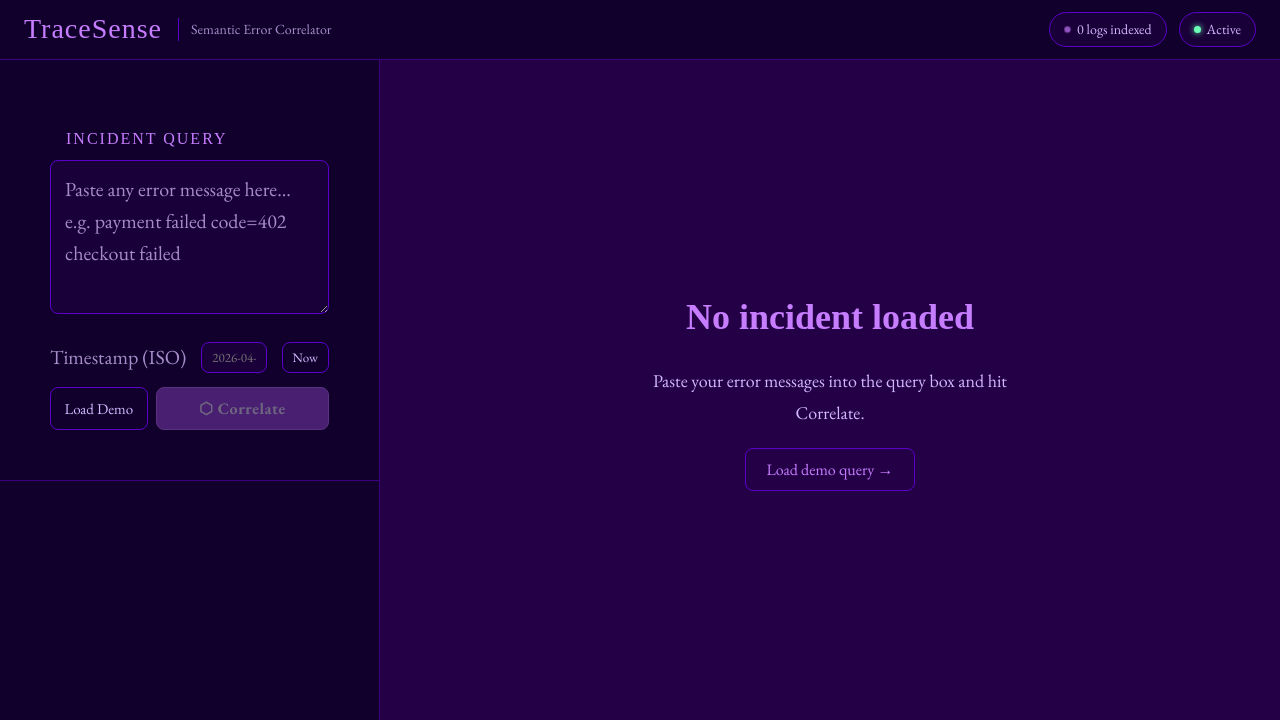
Repository: SaranyaM15/AI_Engineer_Journey
Page: / (app in tracesense/frontend/)
An editor plug-in stored every save of this project. The page is shown before and after the next save, followed by the edit.
The browser window is 1280 px wide. The pictures show the whole page.
The page's requests for data from a server got no answer. Some web fonts or font styles are not loaded; a fallback is used. The project was rebuilt for these pictures with package versions that can differ from the ones it lists, and the page was loaded fresh each time. No one was signed in, and anything a server would have sent is missing. Also part of the build but not shown: tracesense/frontend/vite.config.js, tracesense/frontend/src/components/Timeline.jsx, tracesense/frontend/src/components/LogFeed.jsx.

Above is the page before, as saved 2026-04-05 19:22:01.

### tracesense/frontend/src/index.css
*, *::before, *::after {
  box-sizing: border-box;
  margin: 0;
  padding: 0;
}

html, body, #root {
  height: 100%;
  overflow: hidden;
}

### tracesense/frontend/src/App.jsx
import { useState, useEffect } from "react";
import axios from "axios";
import Timeline from "./components/Timeline";
import QueryPanel from "./components/QueryPanel";
import LogFeed from "./components/LogFeed";
import "./App.css";

const API = "http://localhost:8000";

export default function App() {
  const [query, setQuery] = useState("");
  const [timestamp, setTimestamp] = useState("");
  const [cluster, setCluster] = useState(null);
  const [loading, setLoading] = useState(false);
  const [logCount, setLogCount] = useState(0);
  const [error, setError] = useState(null);
  const [simulatorRunning, setSimulatorRunning] = useState(false);

  useEffect(() => {
    fetchLogCount();
    const interval = setInterval(fetchLogCount, 5000);
    return () => clearInterval(interval);
  }, []);

  async function fetchLogCount() {
    try {
      const res = await axios.get(`${API}/logs/count`);
      setLogCount(res.data.total_logs_stored);
    } catch {
      // backend not reachable yet
    }
  }

  async function runCorrelation() {
    if (!query.trim()) return;
    setLoading(true);
    setError(null);
    setCluster(null);

    const ts = timestamp || new Date().toISOString();

    try {
      const res = await axios.post(`${API}/correlate`, {
        message: query,
        timestamp: ts,
      });
      setCluster(res.data);
    } catch (e) {
      setError("Could not reach backend. Make sure uvicorn is running on :8000");
    } finally {
      setLoading(false);
    }
  }

  function handleDemo() {
    setQuery("payment failed code=402 checkout failed");
    setTimestamp("2026-04-05T11:47:09.002Z");
  }

  return (
    <div className="app">
      {/* Top Bar */}
      <header className="topbar">
        <div className="topbar-left">

          <span className="logo-text">TraceSense</span>
          <span className="logo-sub">Semantic Error Correlator</span>
        </div>
        <div className="topbar-right">
          <div className="stat-pill">
            <span className="stat-dot pulse" />
            <span>{logCount.toLocaleString()} logs indexed</span>
          </div>
          <div className="status-pill">
            <span className="status-dot" />
            <span>Active</span>
          </div>
        </div>
      </header>

      <div className="layout">
        {/* Left Panel */}
        <aside className="left-panel">
          <QueryPanel
            query={query}
            setQuery={setQuery}
            timestamp={timestamp}
            setTimestamp={setTimestamp}
            onCorrelate={runCorrelation}
            onDemo={handleDemo}
            loading={loading}
          />
          {cluster && (
            <LogFeed cluster={cluster} />
          )}
        </aside>

        {/* Main Timeline */}
        <main className="main-panel">
          {!cluster && !loading && (
            <div className="empty-state">
              <div className="empty-icon">⬡</div>
              <h2>No incident loaded</h2>
              <p>
                Paste your error messages into the query box and hit Correlate.

              </p>
              <button className="demo-hint" onClick={handleDemo}>
                Load demo query →
              </button>
            </div>
          )}
          {loading && (
            <div className="empty-state">
              <div className="spinner" />
              <p>Correlating across services...</p>
            </div>
          )}
          {error && (
            <div className="empty-state error-state">
              <p>{error}</p>
            </div>
          )}
          {cluster && !loading && (
            <Timeline cluster={cluster} />
          )}
        </main>
      </div>
    </div>
  );
}

### tracesense/frontend/src/components/QueryPanel.jsx
export default function QueryPanel({
  query, setQuery, timestamp, setTimestamp,
  onCorrelate, onDemo, loading
}) {
  return (
    <div className="query-panel">
      <div className="panel-label">INCIDENT QUERY</div>

      <textarea
        className="query-input"
        placeholder="Paste any error message here...&#10;e.g. payment failed code=402 checkout failed"
        value={query}
        onChange={e => setQuery(e.target.value)}
        rows={4}
      />

      <div className="ts-row">
        <label className="ts-label">Timestamp (ISO)</label>
        <input
          className="ts-input"
          placeholder="2026-04-05T11:47:09.002Z"
          value={timestamp}
          onChange={e => setTimestamp(e.target.value)}
        />
        <button
          className="now-btn"
          onClick={() => setTimestamp(new Date().toISOString())}
        >
          Now
        </button>
      </div>

      <div className="btn-row">
        <button className="demo-btn" onClick={onDemo}>
          Load Demo
        </button>
        <button
          className="correlate-btn"
          onClick={onCorrelate}
          disabled={loading || !query.trim()}
        >
          {loading ? "Correlating..." : "⬡ Correlate"}
        </button>
      </div>


    </div>
  );
}

### tracesense/frontend/src/App.css
@import url('https://fonts.googleapis.com/css2?family=Boldonse&family=EB+Garamond:ital,wght@0,400;0,500;0,600;0,700;1,400&family=JetBrains+Mono:wght@400;500;700&display=swap');

/* ── Variables ── */
:root {
  --bg:         #240046;
  --bg2:        #10002B;
  --bg3:        #1a0038;
  --border:     #3b0080;
  --border2:    #5a00c8;
  --accent:     #c77dff;
  --accent2:    #9d4edd;
  --text:       #f5f0ff;
  --text2:      #d0b8ff;
  --text3:      #a68cc9;
  --mono:       'JetBrains Mono', monospace;
  --garamond:   'EB Garamond', serif;
  --display:    'Boldonse', cursive;
  --error:      #ff6b6b;
  --warn:       #ffd166;
  --info:       #6bffb8;
  --radius:     8px;
}

/* ── Reset ── */
*, *::before, *::after { box-sizing: border-box; margin: 0; padding: 0; }

body {
  background:  var(--bg);
  color:       var(--text);
  font-family: var(--garamond);
  font-size:   16px;
  line-height: 1.6;
  overflow:    hidden;
  height:      100vh;
}

#root { height: 100vh; display: flex; flex-direction: column; }

.app { display: flex; flex-direction: column; height: 100vh; overflow: hidden; }

/* ── Topbar ── */
.topbar {
  display:         flex;
  align-items:     center;
  justify-content: space-between;
  padding:         0 24px;
  height:          60px;
  background:      var(--bg2);
  border-bottom:   1px solid var(--border);
  flex-shrink:     0;
}

.topbar-left { display: flex; align-items: center; gap: 12px; }
.logo-icon   { display: none; }

.logo-text {
  font-family:    var(--display);
  font-size:      28px;
  letter-spacing: 1px;
  color:          var(--accent);
}

.logo-sub {
  color:        var(--text3);
  font-family:  var(--garamond);
  font-size:    14px;
  border-left:  1px solid var(--border2);
  padding-left: 12px;
  margin-left:  4px;
}

.topbar-right { display: flex; align-items: center; gap: 12px; }

.stat-pill, .status-pill {
  display:       flex;
  align-items:   center;
  gap:           6px;
  padding:       5px 14px;
  border-radius: 20px;
  border:        1px solid var(--border2);
  background:    var(--bg3);
  font-family:   var(--garamond);
  font-size:     14px;
  color:         var(--text2);
}

.stat-dot {
  width: 7px; height: 7px;
  border-radius: 50%;
  background: var(--accent);
}

.stat-dot.pulse { animation: dot-pulse 2s ease-in-out infinite; }

@keyframes dot-pulse {
  0%, 100% { opacity: 1; transform: scale(1); }
  50%       { opacity: 0.4; transform: scale(0.8); }
}

.status-dot {
  width: 7px; height: 7px;
  border-radius: 50%;
  background: var(--info);
  box-shadow: 0 0 6px var(--info);
}

/* ── Layout ── */
.layout { display: flex; flex: 1; overflow: hidden; }

/* ── Left Panel ── */
.left-panel {
  width:          380px;
  flex-shrink:    0;
  background:     var(--bg2);
  border-right:   1px solid var(--border);
  display:        flex;
  flex-direction: column;
  overflow:       hidden;
}

.panel-label {
  font-family:    var(--display);
  font-size:      16px;
  letter-spacing: 2px;
  color:          var(--accent);
  padding:        16px 16px 8px;
  display:        flex;
  align-items:    center;
  gap:            8px;
}

.count-badge {
  background:    var(--accent2);
  color:         white;
  border-radius: 10px;
  padding:       2px 9px;
  font-family:   var(--garamond);
  font-size:     13px;
}

/* ── Query Panel ── */
.query-panel {
  padding:       50px;
  border-bottom: 1px solid var(--border);
  flex-shrink:   0;
}

.query-input {
  width:         100%;
  background:    var(--bg3);
  border:        1px solid var(--border2);
  border-radius: var(--radius);
  color:         var(--text);
  font-family:   var(--garamond);
  font-size:     20px;
  padding:       12px 14px;
  resize:        vertical;
  outline:       none;
  transition:    border-color 0.2s;
  line-height:   1.6;
}

.query-input:focus         { border-color: var(--accent); }
.query-input::placeholder  { color: var(--text3); }

.ts-row { display: flex; align-items: center; gap: 15px; margin-top: 20px; }

.ts-label {
  font-family: var(--garamond);
  font-size:   20px;
  color:       var(--text3);
  white-space: nowrap;
}

.ts-input {
  flex:          1;
  background:    var(--bg3);
  border:        1px solid var(--border2);
  border-radius: var(--radius);
  color:         var(--text2);
  font-family:   var(--garamond);
  font-size:     13px;
  padding:       6px 10px;
  outline:       none;
  min-width:     0;
}

.ts-input:focus { border-color: var(--accent); }

.now-btn {
  background:    transparent;
  border:        1px solid var(--border2);
  border-radius: var(--radius);
  color:         var(--text2);
  font-family:   var(--garamond);
  font-size:     13px;
  padding:       6px 10px;
  cursor:        pointer;
  white-space:   nowrap;
  transition:    all 0.15s;
}

.now-btn:hover { border-color: var(--accent); color: var(--accent); }

.btn-row { display: flex; gap: 8px; margin-top: 14px; }

.demo-btn {
  flex:          1;
  background:    transparent;
  border:        1px solid var(--border2);
  border-radius: var(--radius);
  color:         var(--text2);
  font-family:   var(--garamond);
  font-size:     15px;
  padding:       10px;
  cursor:        pointer;
  transition:    all 0.15s;
}

.demo-btn:hover { border-color: var(--accent); color: var(--accent); }

.correlate-btn {
  flex:           2;
  background:     var(--accent2);
  border:         1px solid var(--accent);
  border-radius:  var(--radius);
  color:          white;
  font-family:    var(--garamond);
  font-size:      16px;
  font-weight:    700;
  padding:        10px;
  cursor:         pointer;
  transition:     all 0.15s;
  letter-spacing: 0.5px;
}

.correlate-btn:hover:not(:disabled) {
  background: var(--accent);
  box-shadow: 0 0 20px var(--accent2);
}

.correlate-btn:disabled { opacity: 0.4; cursor: not-allowed; }

/* ── Log Feed ── */
.log-feed { flex: 1; overflow: hidden; display: flex; flex-direction: column; }

.log-list {
  flex: 1; overflow-y: auto; padding: 8px;
  display: flex; flex-direction: column; gap: 6px;
}

.log-list::-webkit-scrollbar       { width: 4px; }
.log-list::-webkit-scrollbar-track { background: transparent; }
.log-list::-webkit-scrollbar-thumb { background: var(--border2); border-radius: 2px; }

.log-card {
  background:    var(--bg3);
  border:        1px solid var(--border);
  border-radius: var(--radius);
  padding:       10px;
  transition:    border-color 0.15s;
  animation:     slide-in 0.3s ease both;
}

@keyframes slide-in {
  from { opacity: 0; transform: translateX(-10px); }
  to   { opacity: 1; transform: translateX(0); }
}

.log-card:hover { border-color: var(--border2); }

.log-card-top { display: flex; align-items: center; gap: 6px; margin-bottom: 5px; }

.log-icon    { font-size: 15px; }
.log-level   { font-family: var(--mono); font-size: 11px; font-weight: 700; letter-spacing: 1px; }
.log-service { flex: 1; font-family: var(--garamond); font-size: 14px; color: var(--text2); }
.log-score   { font-family: var(--garamond); font-size: 14px; color: var(--accent); font-weight: 700; }

.log-message {
  font-family:   var(--garamond);
  font-size:     14px;
  color:         var(--text);
  line-height:   1.5;
  word-break:    break-word;
  margin-bottom: 6px;
}

.log-meta {
  display: flex; justify-content: space-between; align-items: center;
  font-family: var(--garamond); font-size: 12px; color: var(--text3);
}

.score-bars      { display: flex; gap: 8px; }
.score-bars span { color: var(--text3); }

.conf-bar-bg {
  height: 3px; background: var(--border);
  border-radius: 2px; margin-top: 6px; overflow: hidden;
}

.conf-bar-fill {
  height: 100%;
  background: linear-gradient(90deg, var(--accent2), var(--accent));
  border-radius: 2px; transition: width 0.5s ease;
}

/* ── Main Panel ── */
.main-panel {
  flex:        1;
  overflow-y:  auto;
  font-family: var(--garamond);
  font-size:   16px;
  color:       var(--text);
  padding:     28px;
}

.main-panel::-webkit-scrollbar       { width: 5px; }
.main-panel::-webkit-scrollbar-track { background: transparent; }
.main-panel::-webkit-scrollbar-thumb { background: var(--border2); border-radius: 3px; }

/* ── Empty State ── */
.empty-state {
  display: flex; flex-direction: column;
  align-items: center; justify-content: center;
  height: 100%; gap: 18px; text-align: center;
  animation: fade-in 0.4s ease;
}

@keyframes fade-in { from { opacity: 0; } to { opacity: 1; } }

.empty-icon { display: none; }

.empty-state h2 {
  font-family: var(--display);
  font-size:   36px;
  color:       var(--accent);
}

.empty-state p {
  max-width:   420px;
  font-family: var(--garamond);
  color:       var(--text2);
  font-size:   18px;
  line-height: 1.8;
}

.demo-hint {
  background:    transparent;
  border:        1px solid var(--border2);
  border-radius: var(--radius);
  color:         var(--accent);
  font-family:   var(--garamond);
  font-size:     16px;
  padding:       10px 20px;
  cursor:        pointer;
  transition:    all 0.15s;
}

.demo-hint:hover { border-color: var(--accent); box-shadow: 0 0 14px var(--accent2); }

.error-state { color: var(--error); font-size: 16px; }

/* ── Spinner ── */
.spinner {
  width: 40px; height: 40px;
  border: 3px solid var(--border2);
  border-top: 3px solid var(--accent);
  border-radius: 50%;
  animation: spin 0.8s linear infinite;
}

@keyframes spin { to { transform: rotate(360deg); } }

/* ── Timeline ── */
.timeline-wrap {
  display: flex; flex-direction: column;
  gap: 24px; animation: fade-in 0.4s ease;
}

.timeline-header { border-bottom: 1px solid var(--border); padding-bottom: 18px; }

.tl-title {
  font-family:   var(--display);
  font-size:     32px;
  color:         var(--accent);
  display:       flex;
  align-items:   center;
  gap:           14px;
  margin-bottom: 8px;
}

.tl-badge {
  font-family:   var(--garamond);
  font-size:     14px;
  font-weight:   600;
  background:    var(--accent2);
  color:         white;
  padding:       3px 12px;
  border-radius: 10px;
}

.tl-query {
  font-family:   var(--garamond);
  font-size:     15px;
  color:         var(--text2);
  overflow:      hidden;
  text-overflow: ellipsis;
  white-space:   nowrap;
  max-width:     800px;
}

.tl-query em { color: var(--accent); font-style: italic; }

/* ── Swim Lanes ── */
.swim-container { display: flex; flex-direction: column; }

.swim-lane {
  display: flex; align-items: stretch;
  min-height: 90px; border-bottom: 1px solid var(--border);
}

.swim-lane:last-child { border-bottom: none; }

.lane-label {
  width:       180px;
  flex-shrink: 0;
  display:     flex;
  align-items: center;
  gap:         10px;
  padding:     16px 14px;
  border-left: 3px solid transparent;
  font-family: var(--garamond);
  font-size:   15px;
  color:       var(--text2);
  background:  var(--bg2);
}

.lane-dot { width: 9px; height: 9px; border-radius: 50%; flex-shrink: 0; }

.lane-track {
  flex: 1; position: relative; padding: 16px 20px;
  display: flex; flex-direction: column; gap: 12px;
}

.lane-line {
  position: absolute; left: 0; right: 0; top: 50%;
  height: 1px; border-top: 1px dashed;
  pointer-events: none; z-index: 0;
}

.lane-event {
  display: flex; align-items: flex-start;
  gap: 14px; position: relative; z-index: 1;
}

.event-dot {
  width: 16px; height: 16px;
  border-radius: 50%; border: 2px solid;
  flex-shrink: 0; margin-top: 4px;
  cursor: pointer; transition: transform 0.15s;
}

.event-dot:hover { transform: scale(1.4); }

.event-card {
  background:    var(--bg3);
  border:        1px solid var(--border);
  border-left:   3px solid;
  border-radius: var(--radius);
  padding:       10px 14px;
  flex:          1;
  animation:     slide-in 0.3s ease both;
}

.event-card-top {
  display: flex; align-items: center;
  gap: 10px; margin-bottom: 6px;
}

.event-level {
  font-family:    var(--mono);
  font-size:      11px;
  font-weight:    700;
  letter-spacing: 1.5px;
}

.event-time  { font-family: var(--garamond); font-size: 13px; color: var(--text3); }
.event-score { font-family: var(--garamond); font-size: 13px; color: var(--accent); margin-left: auto; font-weight: 600; }

.event-message {
  font-family: var(--garamond);
  font-size:   15px;
  font-weight: 500;
  color:       var(--text);
  word-break:  break-word;
  line-height: 1.6;
}

/* ── Root Cause Banner ── */
.root-cause-banner {
  display:       flex;
  align-items:   center;
  gap:           14px;
  background:    linear-gradient(135deg, #2d0060, #10002b);
  border:        1px solid var(--accent2);
  border-radius: var(--radius);
  padding:       14px 20px;
  box-shadow:    0 0 28px #9d4edd22;
}

.rc-label {
  font-family:    var(--mono);
  color:          var(--accent);
  font-weight:    700;
  letter-spacing: 1px;
  font-size:      11px;
  white-space:    nowrap;
}

.rc-service {
  background:    var(--accent2);
  color:         white;
  padding:       3px 12px;
  border-radius: 10px;
  font-family:   var(--garamond);
  font-size:     14px;
  font-weight:   600;
  white-space:   nowrap;
}

.rc-message {
  flex:          1;
  color:         var(--text2);
  font-family:   var(--garamond);
  font-size:     15px;
  font-weight:   500;
  overflow:      hidden;
  text-overflow: ellipsis;
  white-space:   nowrap;
}

.rc-time {
  color:       var(--text3);
  font-family: var(--garamond);
  font-size:   13px;
  white-space: nowrap;
}

/* ── Canvas ── */
.connector-canvas { z-index: 2; }

Loaded but not shown: tracesense/frontend/src/main.jsx (common file)

After the next save:
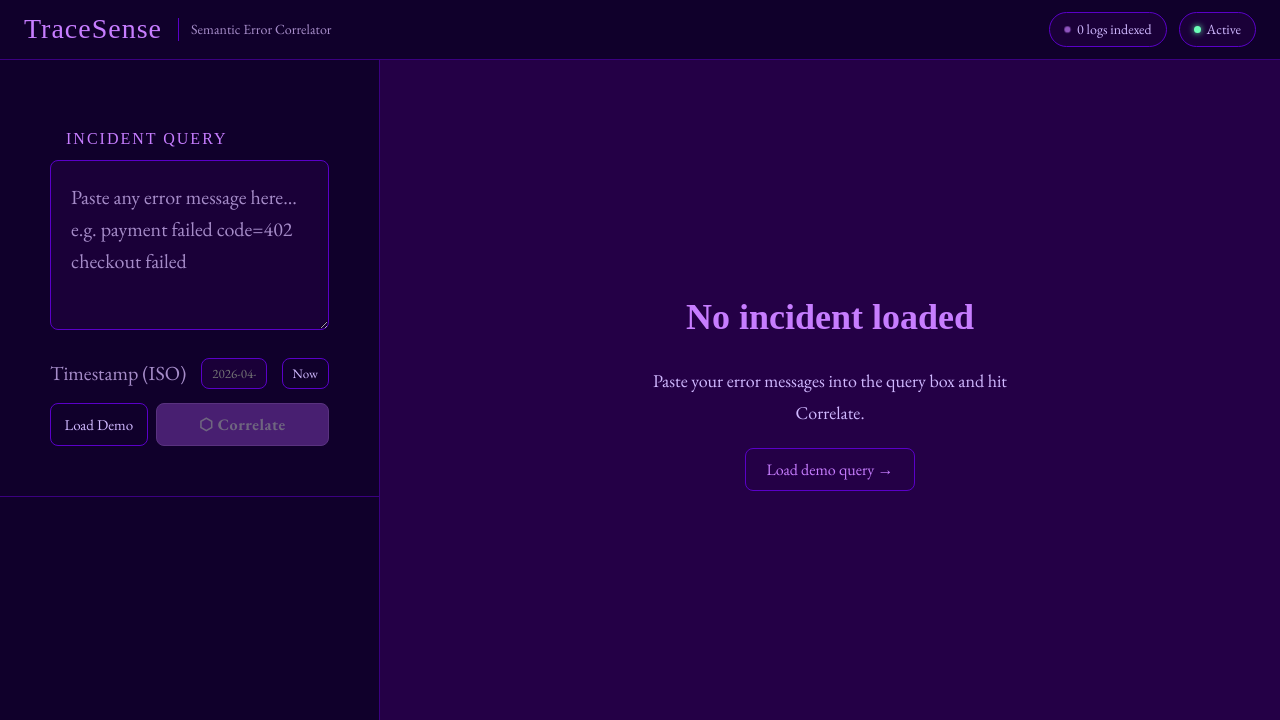
Saved 8 s later.
--- a/tracesense/frontend/src/App.css
+++ b/tracesense/frontend/src/App.css
@@ -153,7 +153,7 @@ body {
   color:         var(--text);
   font-family:   var(--garamond);
   font-size:     20px;
-  padding:       12px 14px;
+  padding:       20px 20px;
   resize:        vertical;
   outline:       none;
   transition:    border-color 0.2s;
